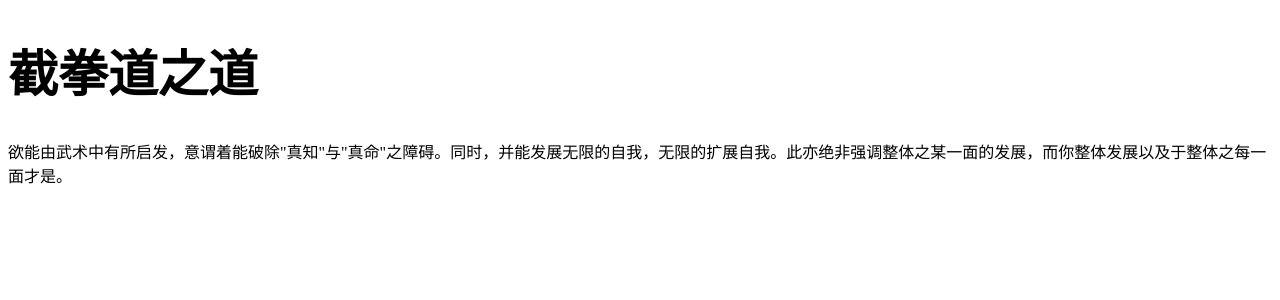
Repository: MasterKweng/workspace
Page: WebBasic/WebContent/Day02/text.html
An editor plug-in stored every save of this project. The page is shown before and after the next save, followed by the edit.
The browser window is 1280 px wide. The pictures show the whole page.

Above is the page before, as saved 2018-01-04 06:42:26.

After the next save:
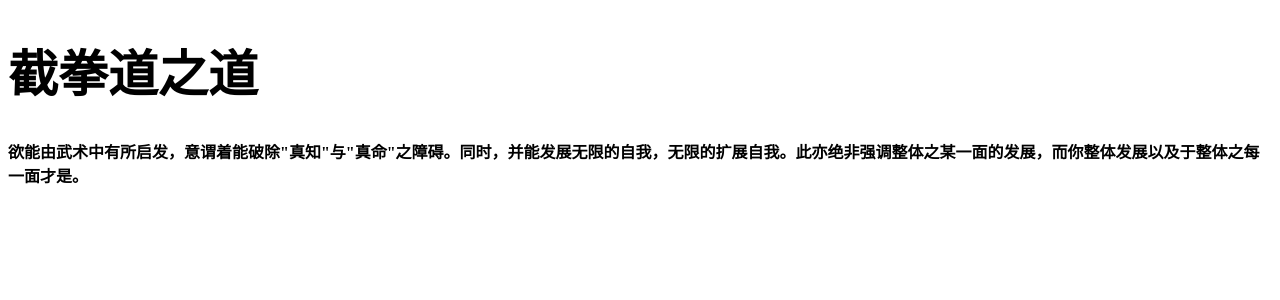
Saved 24 s later.
--- a/WebBasic/WebContent/Day02/text.html
+++ b/WebBasic/WebContent/Day02/text.html
@@ -10,6 +10,9 @@
 			h1{
 				font-size:50px;
 			}
+			p{
+				font-weight:bold;
+			}
 		</style>
 	</head>
 	<body>
